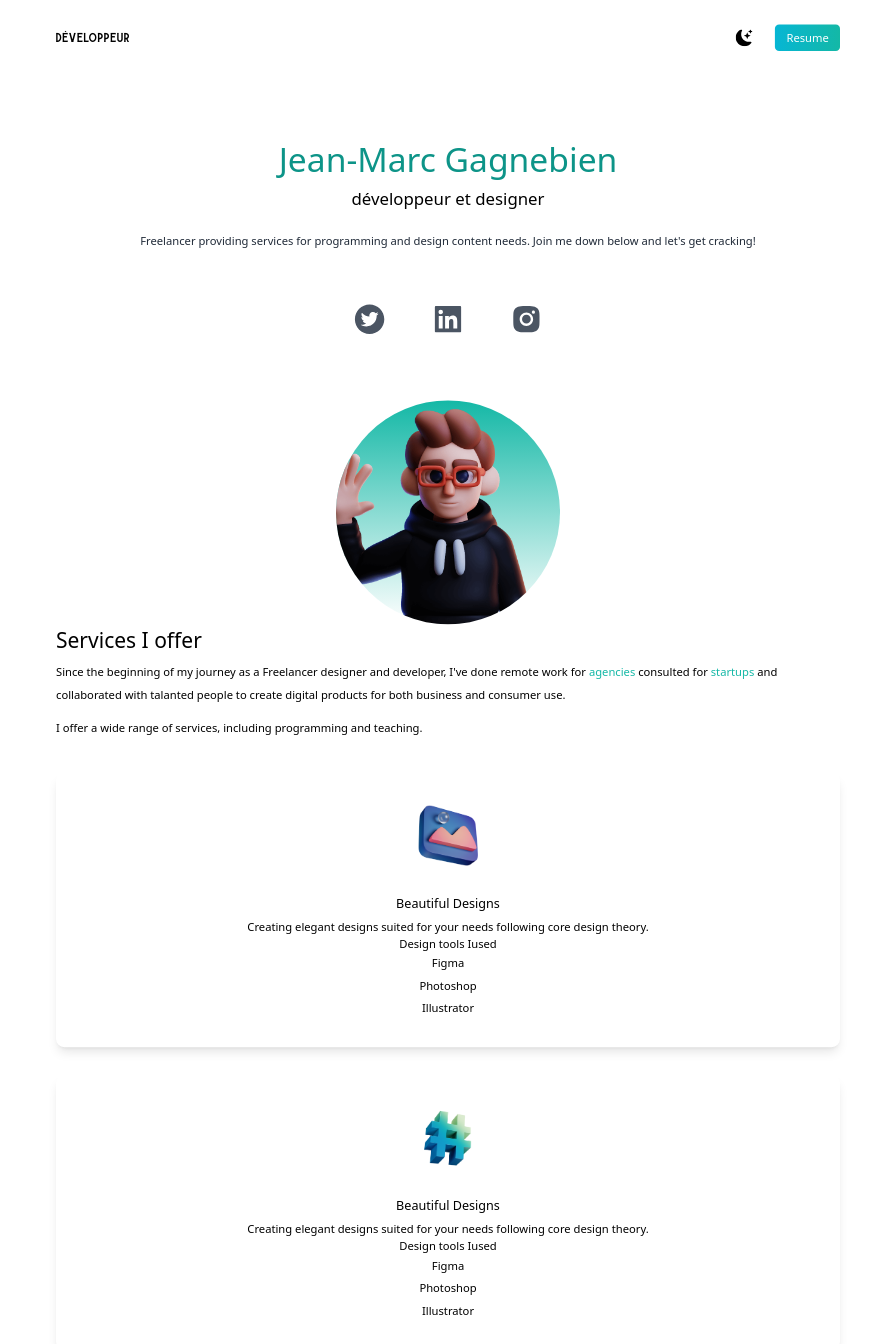
Repository: Jean-MarcG/portfoli_next
Page: /
The author's editor kept a copy of each file at every save. The page is drawn from the files as they stood at one save, then again after the next save.
The browser window is 1280 px wide. The pictures show the part of the page from y = 0 to 1920 px (the page is 7443 px tall before and 6736 px after), at 70% of full size.
The project was rebuilt for these pictures with package versions that can differ from the ones it lists, and the page was loaded fresh each time. The framework's server and built-in components were replaced by stand-ins that run in the browser. Also part of the build but not shown: next.config.js.

Above is the page before, as saved 2023-04-03 11:23:32.

After the next save:
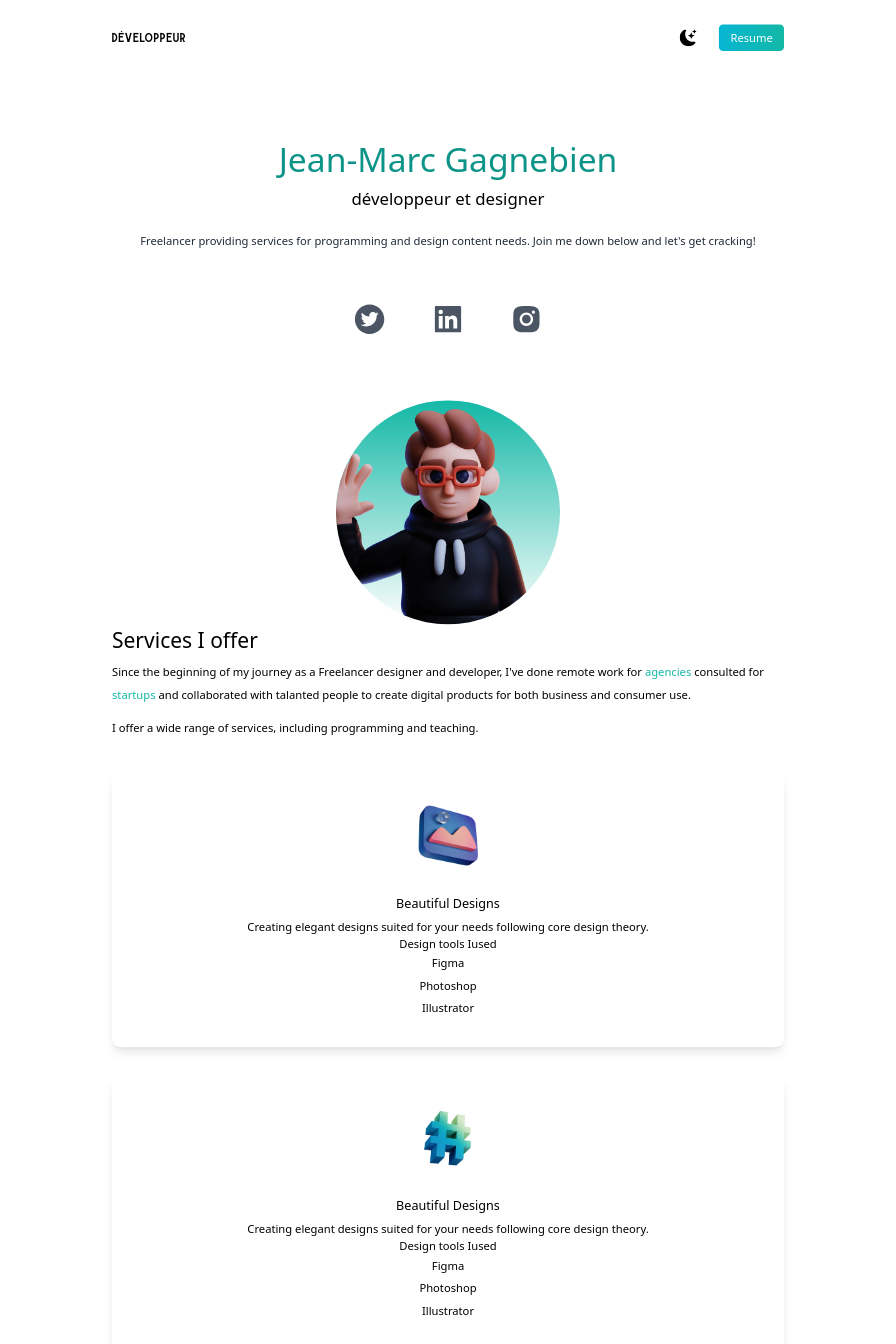
Saved 34 s later.
--- a/pages/index.js
+++ b/pages/index.js
@@ -25,7 +25,7 @@
     <meta name="viewport" content="width=device-width, initial-scale=1" />
     <link rel="icon" href="/favicon.ico" />
     </Head>
-      <main className='bg-white px-10 md:px-20'>
+      <main className='bg-white px-10 md:px-20 lg:px-40'>
         <section className='min-h-screen'>
           <nav className='py-10 mb-12 flex justify-between'>
             <h1 className='text-xl font-burtons'>développeur</h1>
